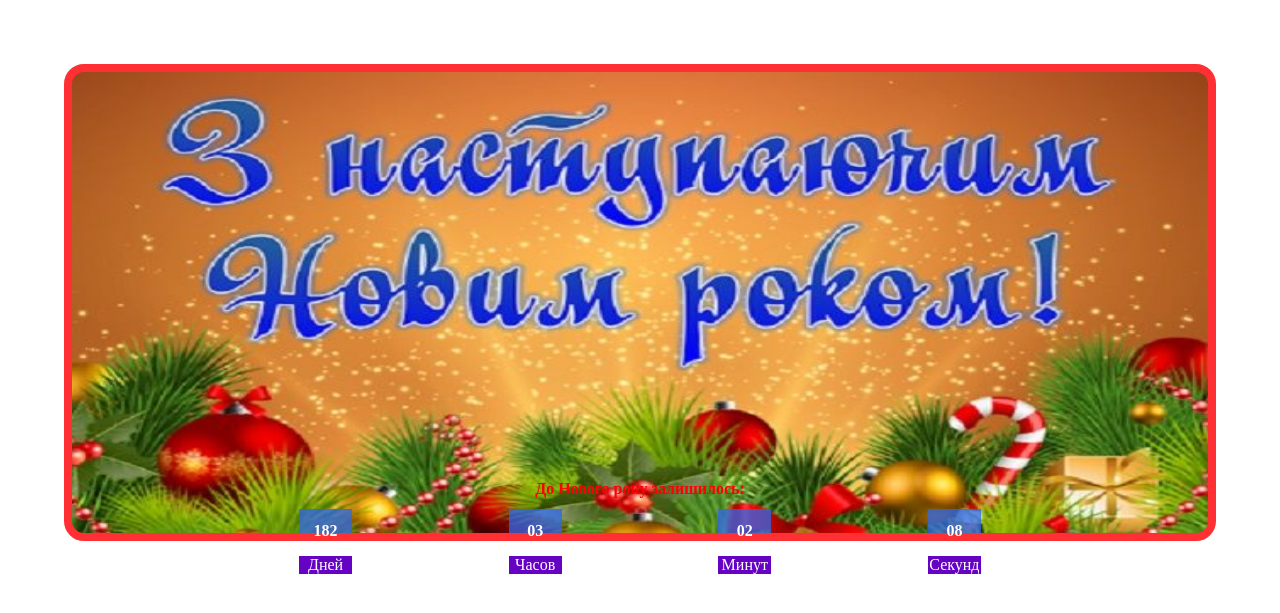
Repository: KonstantinKhamilov/JavaScript11-new-year
Page: index.html
These files come from the project's save history. The page is drawn as it stood at one moment and after the next save; the edit follows.
The browser window is 1280 px wide. The pictures show the whole page.

Above is the page before, as saved 2024-12-29 18:00:45.

After the next save:
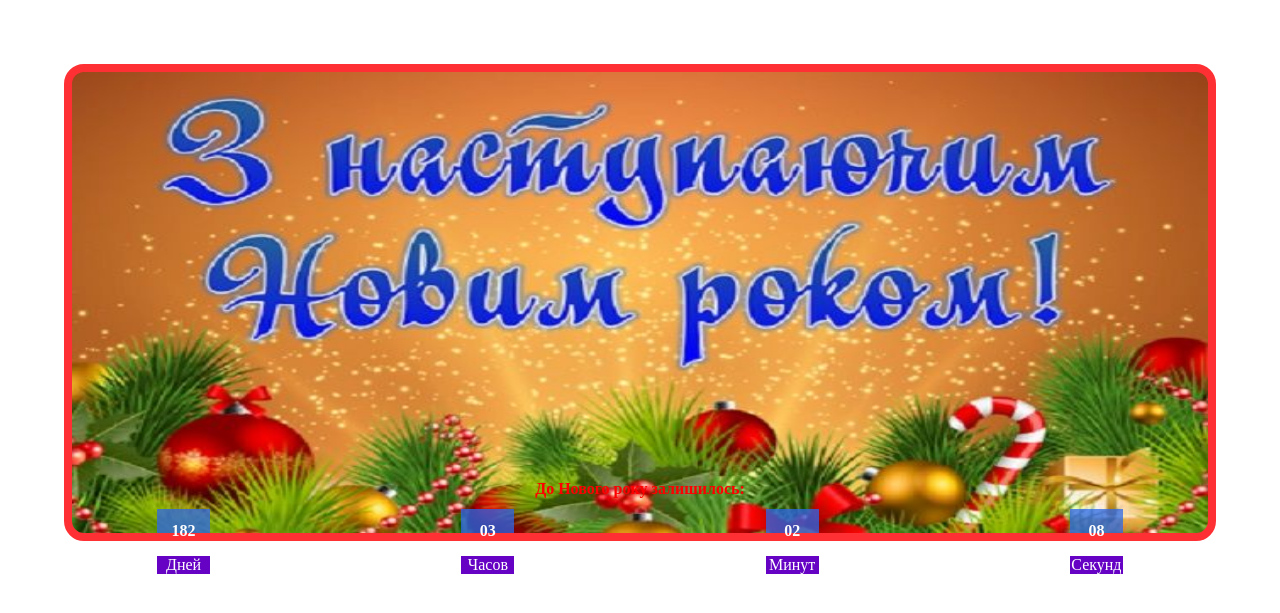
Saved 32 s later.
--- a/newYear.css
+++ b/newYear.css
@@ -29,7 +29,7 @@ body {
     display: flex;
     flex-direction: row;
     justify-content: space-between;
-    width: 60%;
+    width: 85%;
     /*padding-top: 260px;*/
   }
 
